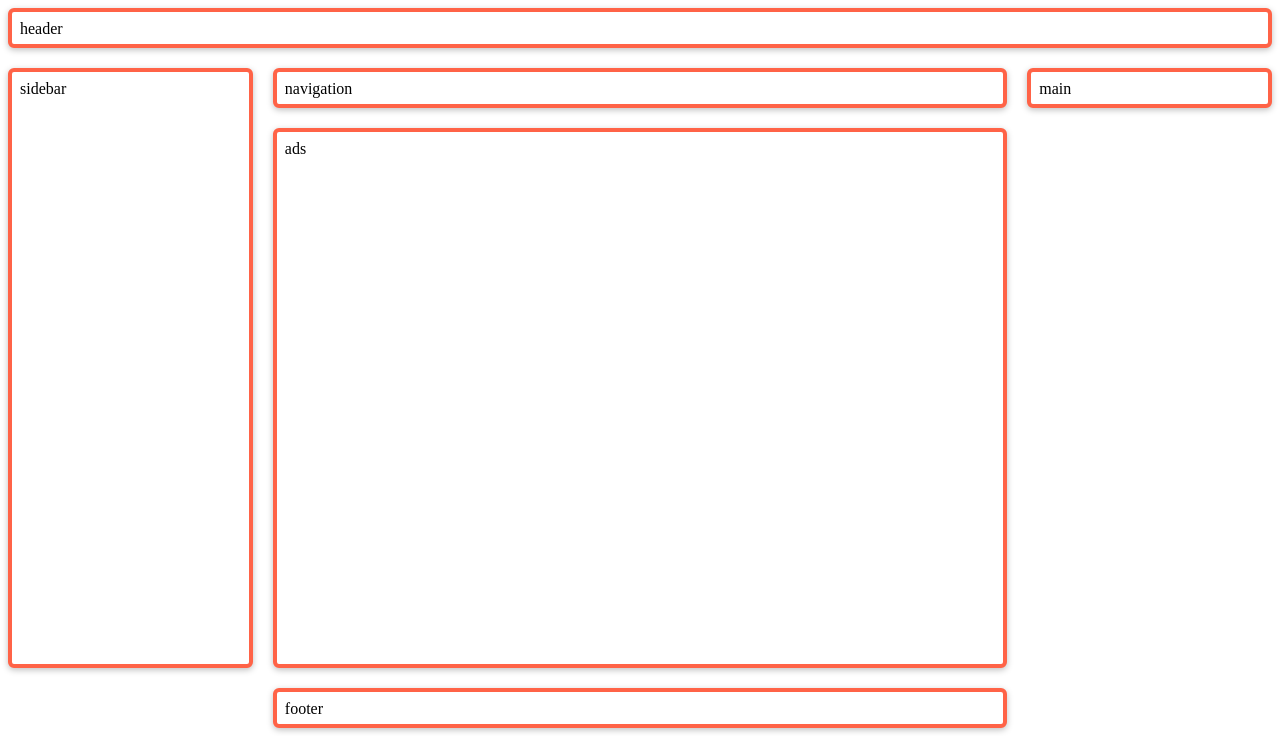
Repository: cokoduwa/css-layouts
Page: grid-exercises/03-page-layout/layout.html
These files come from the project's save history. The page is drawn as it stood at one moment and after the next save; the edit follows.
The browser window is 1280 px wide. The pictures show the whole page.

Above is the page before, as saved 2022-09-30 20:39:16.

### grid-exercises/03-page-layout/layout.html
<!DOCTYPE html>
<html lang="en">
  <head>
    <meta charset="UTF-8" />
    <meta name="viewport" content="width=device-width, initial-scale=1.0" />
    <title>Grid, devchallenge.io - Task 3.1</title>

    <link rel="stylesheet" href="style.css" />
  </head>
  <body>
    <div class="container">

      <div class="item header">header</div>

      <div class="item navigation">navigation</div>

      <div class="item main">main</div>

      <div class="item sidebar">sidebar</div>

      <div class="item ads">ads</div>

      <div class="item footer">footer</div>

    </div>
  </body>
</html>

### grid-exercises/03-page-layout/style.css
.item {
  padding: 8px;
  background-color: white;
  border: 4px solid tomato;
  border-radius: 6px;
  box-shadow: 0px 2px 6px rgba(0, 0, 0, 0.25);
}

.container {
  display: grid;
  grid-template-columns: 1fr 3fr 1fr;
  grid-template-rows: 40px 40px auto 40px;
  row-gap: 20px;
  column-gap: 20px;
  min-height: 100vh;
}

.header {
  grid-column-start: 1;
  grid-column-end: 4;
  grid-row-start: 1;
}

.sidebar {
  grid-column-start: 1;
  grid-row-start: 2;
  grid-row-end: 4;
}

.footer {
  grid-column-start: 2;
}

After the next save:
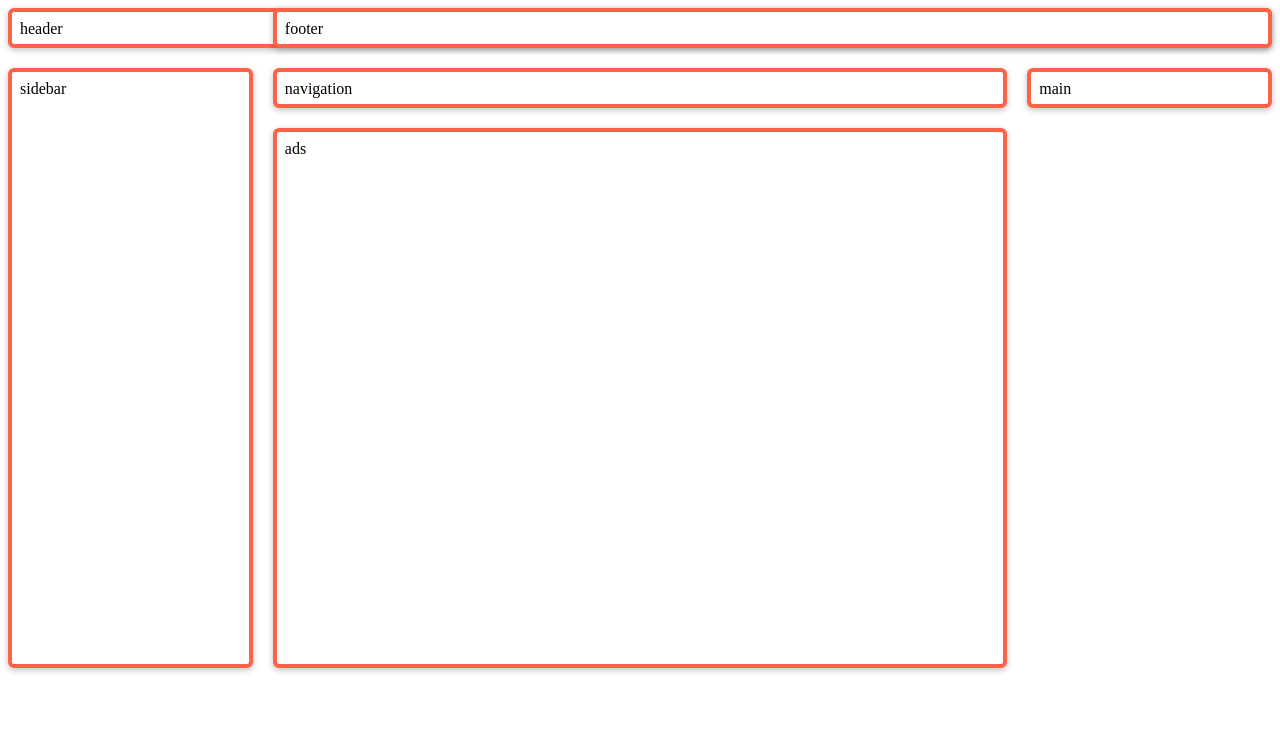
Saved 45 s later.
--- a/grid-exercises/03-page-layout/style.css
+++ b/grid-exercises/03-page-layout/style.css
@@ -29,4 +29,6 @@
 
 .footer {
   grid-column-start: 2;
+  grid-column-end: 4;
+  grid-row-start: 1;
 }
